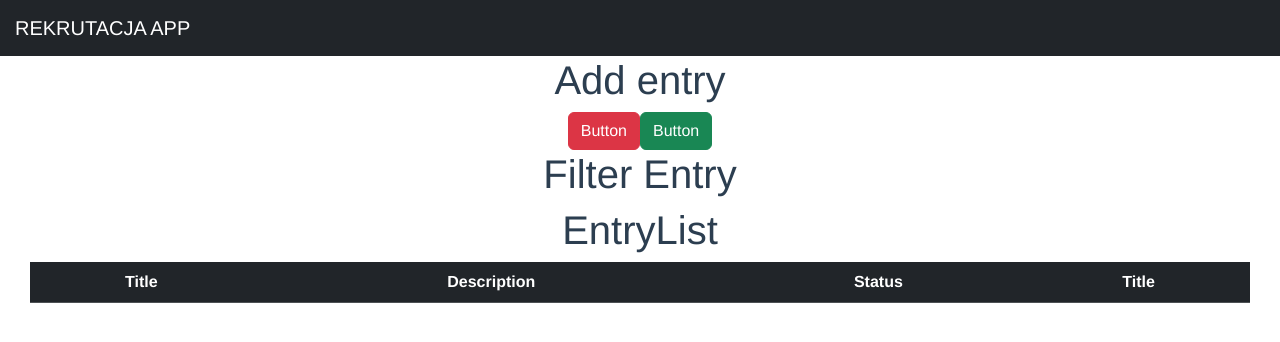
Repository: Madaless/vue_elastic
Page: / (app in vuejsapp/crudapp/)
An editor plug-in stored every save of this project. The page is shown before and after the next save, followed by the edit.
The browser window is 1280 px wide. The pictures show the whole page.
The page's requests for data from a server got no answer. The project was rebuilt for these pictures with package versions that can differ from the ones it lists, and the page was loaded fresh each time. No one was signed in, and anything a server would have sent is missing.

Above is the page before, as saved 2021-09-12 13:00:41.

### vuejsapp/crudapp/src/main.js
import Vue from 'vue'
import App from './App.vue'
import store from  './store/index'
import { BootstrapVue, IconsPlugin } from 'bootstrap-vue'

// Import Bootstrap an BootstrapVue CSS files (order is important)
import 'bootstrap/dist/css/bootstrap.css'
import 'bootstrap-vue/dist/bootstrap-vue.css'

// Make BootstrapVue available throughout your project
Vue.use(BootstrapVue)
// Optionally install the BootstrapVue icon components plugin
Vue.use(IconsPlugin)

Vue.config.productionTip = false

new Vue({
  store,
  render: h => h(App),
}).$mount('#app')

### vuejsapp/crudapp/src/App.vue
<template>
  <div id="app">
    <b-navbar class="navbar navbar-expand navbar-dark bg-dark">
      <b-navbar-brand id ="header" href="#">REKRUTACJA APP</b-navbar-brand>
    </b-navbar>
    <AddEntry />
    <FilterEntry />
    <EntryList />
  </div>
</template>

<script>
import AddEntry from "./components/AddEntry.vue";
import FilterEntry from "./components/FilterEntry.vue";
import EntryList from "./components/EntryList.vue";

export default {
  name: "App",
  components: {
    AddEntry,
    FilterEntry,
    EntryList,
  },
};
</script>

<style>
#app {
  font-family: Avenir, Helvetica, Arial, sans-serif;
  -webkit-font-smoothing: antialiased;
  -moz-osx-font-smoothing: grayscale;
  text-align: center;
  color: #2c3e50;
}
#header {
  padding-left: 15px;
}
</style>

### vuejsapp/crudapp/src/store/index.js
import Vuex from 'vuex';
import Vue from 'vue';
import entryList from './modules/entryList';

Vue.use(Vuex);

export default new Vuex.Store({
    modules: {
        entryList
    }
})

### vuejsapp/crudapp/src/components/AddEntry.vue
<template>
  <div>
    <h1>Add entry</h1>
    <b-button variant="danger">Button</b-button>
    <b-button variant="success">Button</b-button>
  </div>
</template>

<script>
export default {
  setup() {},
};
</script>

<style scoped>
</style>

### vuejsapp/crudapp/src/components/FilterEntry.vue
<template>
    <div>
        <h1>Filter Entry</h1>
    </div>
</template>

<script>

export default ({
    setup() {

    },
})
</script>

<style scoped>

</style>

### vuejsapp/crudapp/src/components/EntryList.vue
<template>
  <div id="entryList">
    <h1>EntryList</h1>

    <div class="todos">
      <table class="table table-striped table-dark">
        <thead>
          <tr>
            <th>Title</th>
            <th>Description</th>
            <th>Status</th>
            <th>Title</th>
          </tr>
        </thead>
        <tbody>
          <tr v-for="entry in entryList" v-bind:key="entry.key">

              <td>{{ entry.title }}</td>
            </tr>

        </tbody>
      </table>
    </div>
  </div>
</template>

<script>
import { mapGetters, mapActions } from "vuex";

export default {
  name: "EntryList",
  methods: {
    ...mapActions(["fetchEntryList"]),
  },
  computed: mapGetters(["entryList"]),
  created() {
    this.fetchEntryList();
  },
};
</script>

<style scoped>
#entryList {
  padding-left: 30px;
  padding-right: 30px;
}
</style>

### vuejsapp/crudapp/src/store/modules/entryList.js
import axios from 'axios';

const state = {
  entryList: []
};
// get the state
const getters = {
  entryList: (state) => {
    return state.entryList
  }
};

const actions = {
    // fetch from api
  async fetchEntryList({ commit }) {
    const response = await axios.get('https://jsonplaceholder.typicode.com/todos');

    commit('setEntryList', response.data);
  }
}

const mutations = {
    setEntryList: (state, entryList) => (state.entryList = entryList)
};

export default {
    state,
    getters,
    actions,
    mutations
};

Loaded but not shown: vuejsapp/crudapp/public/index.html (common file)

After the next save:
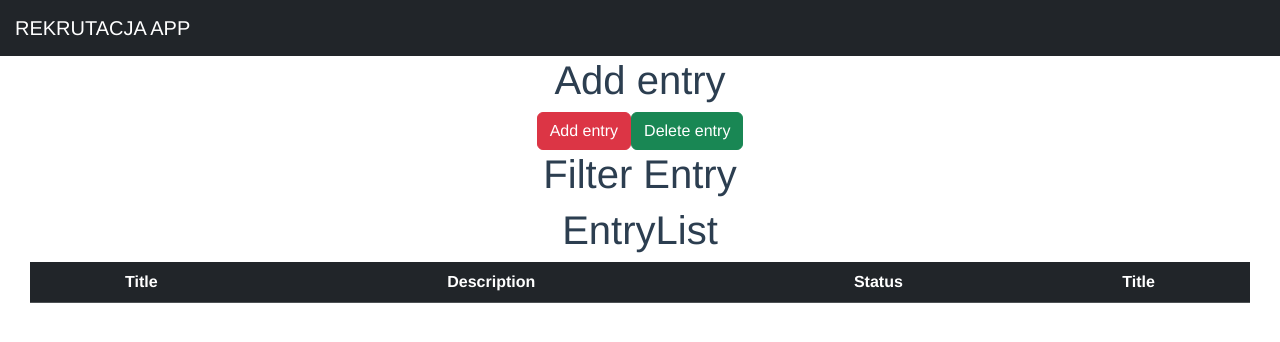
Saved 42 s later.
--- a/vuejsapp/crudapp/src/components/AddEntry.vue
+++ b/vuejsapp/crudapp/src/components/AddEntry.vue
@@ -1,8 +1,8 @@
 <template>
   <div>
     <h1>Add entry</h1>
-    <b-button variant="danger">Button</b-button>
-    <b-button variant="success">Button</b-button>
+    <b-button variant="danger">Add entry</b-button>
+    <b-button variant="success">Delete entry</b-button>
   </div>
 </template>
 
